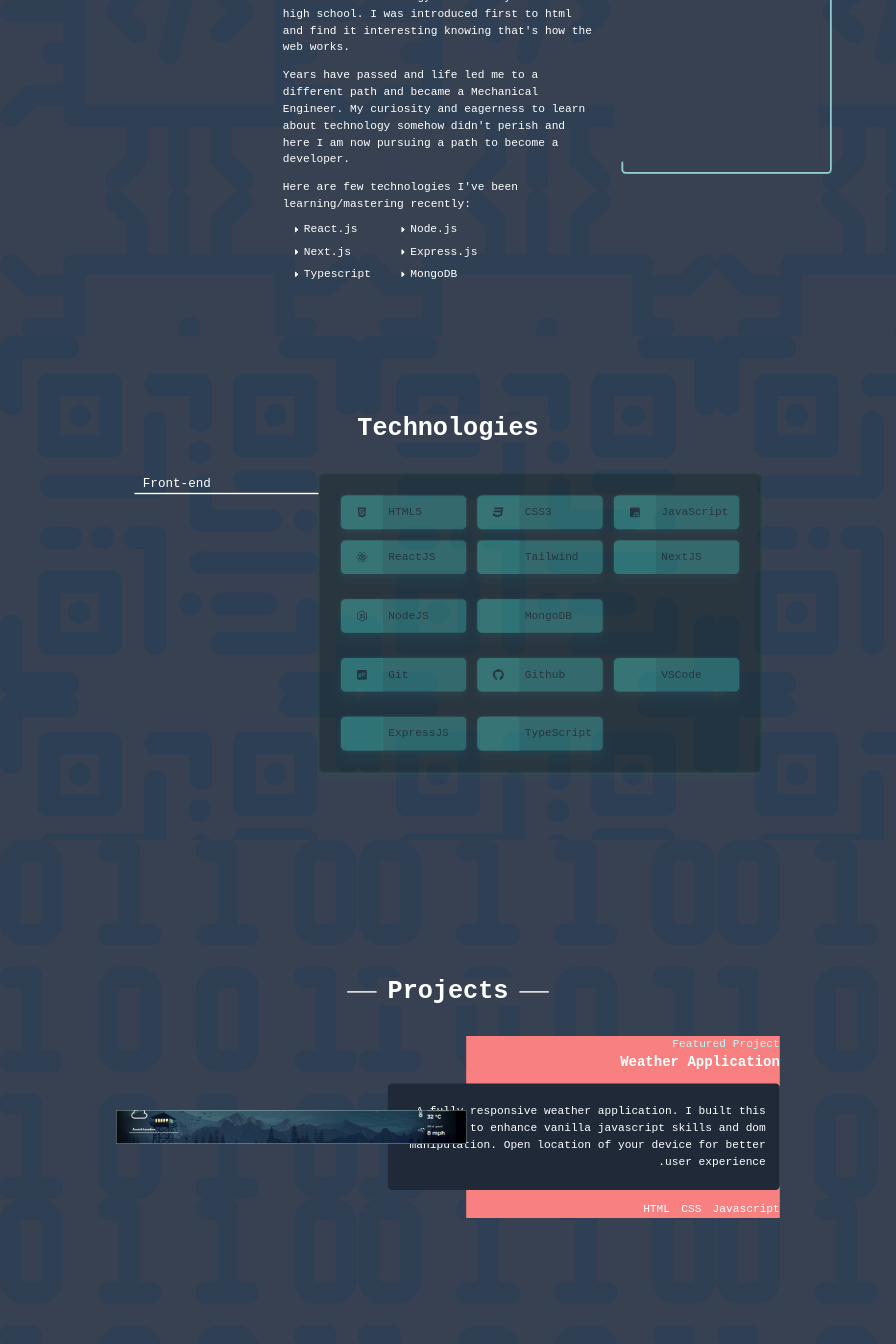
Repository: riandev25/nextjs-portfolio
Page: /
An editor plug-in stored every save of this project. The page is shown before and after the next save, followed by the edit.
The browser window is 1280 px wide. The pictures show the part of the page from y = 960 to 2880 px (the page is 2880 px tall), at 70% of full size.
Backgrounds fixed to the window are drawn as part of the page. The project was rebuilt for these pictures with package versions that can differ from the ones it lists, and the page was loaded fresh each time. The framework's server and built-in components were replaced by stand-ins that run in the browser. Also part of the build but not shown: next.config.js, components/Home/Keyboard/index.module.css, components/Home/Keyboard/index.jsx.

Above is the page before, as saved 2022-11-12 21:43:18.

### pages/_app.jsx
import Head from 'next/head';
import link from 'next/link';
import '../styles/globals.css';

import Layout from '../components/Layout';
import { ParallaxProvider } from 'react-scroll-parallax';

function MyApp({ Component, pageProps }) {
  return (
    <ParallaxProvider>
      <Head>
        <title>Rian Miguel Engracia</title>
        <meta name='viewport' content='initial-scale=1.0, width=device-width' />
        <link
          rel='apple-touch-icon'
          sizes='180x180'
          href='/apple-touch-icon.png'
        />
        <link
          rel='icon'
          type='image/png'
          sizes='32x32'
          href='/favicon-32x32.png'
        />
        <link
          rel='icon'
          type='image/png'
          sizes='16x16'
          href='/favicon-16x16.png'
        />
        <link rel='manifest' href='/site.webmanifest' />
        <link rel='mask-icon' href='/safari-pinned-tab.svg' color='#5bbad5' />
        <meta name='msapplication-TileColor' content='#2d89ef' />
        <meta name='theme-color' content='#ffffff' />
      </Head>
      <Layout>
        <Component {...pageProps} />
      </Layout>
    </ParallaxProvider>
  );
}

export default MyApp;

### pages/index.jsx
import Head from 'next/head';
import Image from 'next/image';
import Home from '../components/Home/Home';
import { Fragment } from 'react';
import Header from '../components/Header';
import About from '../components/About';
import Technologies from '../components/Technologies';
import Projects from '../components/Projects';

export default function Page() {
  return (
    <Fragment>
      <Header />
      <Home />
      <About />
      <Technologies />
      <Projects title='Projects' />
    </Fragment>
  );
}

### styles/globals.css
@tailwind base;
@tailwind components;
@tailwind utilities;

html,
body {
  padding: 0;
  margin: 0;
  /* font-family: 'Roboto', sans-serif; */
  font-family: monospace, sans-serif;
}

a {
  color: inherit;
  text-decoration: none;
}

* {
  box-sizing: border-box;
}

.image-filter {
  /* filter: invert(93%) sepia(19%) saturate(586%) hue-rotate(121deg)
    brightness(102%) contrast(97%); */
  filter: invert(93%) sepia(69%) saturate(347%) hue-rotate(120deg)
    brightness(104%) contrast(97%);
  opacity: 0.3;
  transition: filter 0.3s, opacity 0.3s;
}

.image-filter:hover {
  filter: none;
  opacity: 1;
}

@media (prefers-color-scheme: dark) {
  html {
    color-scheme: dark;
  }
  body {
    color: white;
    background: black;
  }
}

### components/Layout/index.jsx
import Header from '../Header';
import Email from '../Header/Email';

const Layout = ({ children }) => {
  return (
    <div className='relative w-full h-full bg-gray-700' dir='ltr'>
      <Header />
      <Email />
      {children}
    </div>
  );
};

export default Layout;

### components/Home/Home.jsx
import Link from 'next/link';
import Image from 'next/future/image';
import { useParallax } from 'react-scroll-parallax';
import styles from './index.module.css';
import DevImage from '../../assets/images/dev-image.svg';
import GithubImage from '../../assets/images/github-neon-fill.png';
import LinkedinImage from '../../assets/images/linkedin-neon-fill.png';
import FacebookImage from '../../assets/images/facebook-neon-fill.png';
import Keyboard from './Keyboard';
import { useState } from 'react';

export const images = [
  {
    id: 'github',
    imgSrc: GithubImage,
    link: 'https://github.com/riandev25',
  },
  {
    id: 'linkedin',
    imgSrc: LinkedinImage,
    link: 'https://www.linkedin.com/in/rian-miguel-engracia/',
  },
  {
    id: 'facebook',
    imgSrc: FacebookImage,
    link: 'https://web.facebook.com/rianmiguel.engracia',
  },
  {
    id: 'email',
    email: 'rianengracia@gmail.com',
  },
];

const nameArray = ['I', '&apos;', 'm', ' ', 'R', 'i', 'a', 'n'];
const jobArray = [
  'f',
  'u',
  'l',
  'l',
  ' ',
  's',
  't',
  'a',
  'c',
  'k',
  ' ',
  'd',
  'e',
  'v',
  'e',
  'l',
  'o',
  'p',
  'e',
  'r',
];

const Home = () => {
  const { ref } = useParallax({
    translateY: [-100, 30, 'easeInOut'],
  });
  const [keyboard, setKeyboard] = useState(true);
  return (
    <header className='flex justify-center items-center w-full h-screen px-20 bg-fixed bg-repeat bg-bg_gear_image'>
      <section ref={ref} className='w-4/12 space-y-4'>
        <div className='flex flex-col gap-2.5 place-items-start'>
          <h1 className={`text-xl font-thin text-white ${styles.typingLet}`}>
            Hi there!
          </h1>
          <h1 className='text-6xl font-bold animate-neon_text'>
            I&apos;m Rian Miguel
          </h1>
          <h1 className='text-xl text-white font-bold'>
            <span className='text-xl font-thin'>a</span> Full Stack Developer
          </h1>
        </div>
        <ul className='flex flex-row gap-4'>
          {images.map((item) => {
            if (item.id === 'email') return;
            return (
              <li
                className='block p-3 bg-gray-800 border rounded-lg border-[#b2fcfb] transition-all hover:scale-110'
                key={item.id}
              >
                <Link href={item.link} legacyBehavior>
                  <a className=''>
                    <Image
                      className=''
                      src={item.imgSrc}
                      alt={item.id}
                      width={20}
                      height={20}
                      sizes='5vw'
                    />
                  </a>
                </Link>
              </li>
            );
          })}
        </ul>
      </section>
      <section className='hidden lg:flex max-w-2xl h-full justify-center items-center'>
        <Image
          src={DevImage}
          alt='dev-image'
          width={500}
          height={500}
          sizes='(max-width: 768px) 50vw'
        />
        {/* <Keyboard /> */}
      </section>
    </header>
  );
};

export default Home;

### components/Header/index.jsx
import Logo from '../Logo';
import Navbar from './Navbar';
import { FontAwesomeIcon } from '@fortawesome/react-fontawesome';
import { faBars } from '@fortawesome/free-solid-svg-icons';

const Header = () => {
  return (
    <nav className='px-8 py-1 bg-gray-700 dark:bg-gray-900 fixed w-full z-50 top-0 left-0 border-b shadow-sm border-gray-700 md:px-20 md:py-3 dark:border-gray-600'>
      <div className='flex flex-row justify-between items-center w-full'>
        <section className=''>
          <Logo />
        </section>

        <div className='flex md:order-2'>
          <button
            type='button'
            className='hidden lg:flex bg-transparent text-[#b2fcfb] border border-[#b2fcfb] hover:bg-[#b2fcfb] hover:opacity-40 transition-all font-medium rounded-lg text-sm px-5 py-2.5 text-center mr-3 md:mr-0 dark:bg-blue-600 dark:hover:bg-blue-700 dark:focus:ring-blue-800'
          >
            Get started
          </button>
          <button
            data-collapse-toggle='navbar-sticky'
            type='button'
            className='cursor-pointer inline-flex items-center p-2 text-sm bg-white rounded-lg md:hidden hover:bg-gray-400 focus:outline-none focus:ring-2 focus:ring-gray-200 dark:text-gray-400 dark:hover:bg-gray-700 dark:focus:ring-gray-600'
            aria-controls='navbar-sticky'
            aria-expanded='false'
          >
            <span className='sr-only'>Open main menu</span>
            <FontAwesomeIcon icon={faBars} className='text-gray-800' />
          </button>
        </div>
        <Navbar />
      </div>
    </nav>
  );
};

export default Header;

### components/About/index.jsx
import Image from 'next/future/image';
import PageHeader from '../PageHeader';
import { FontAwesomeIcon } from '@fortawesome/react-fontawesome';
import { faCaretRight } from '@fortawesome/free-solid-svg-icons';
import ProgrammerImage from '../../assets/images/programmer.jpg';
import { useParallax } from 'react-scroll-parallax';

const technologies = [
  'React.js',
  'Node.js',
  'Next.js',
  'Express.js',
  'Typescript',
  'MongoDB',
];

const About = () => {
  return (
    <div className='pt-4 w-full h-screen flex flex-col gap-11 justify-center items-center text-white px-20 bg-bg_chip_image bg-fixed'>
      <PageHeader title='About me' />
      <div className='max-w-3xl flex flex-row gap-6'>
        <section className='max-w-md flex flex-col gap-4'>
          <p>
            Hi! I am Rian Miguel Engracia, a Registered Mechanical Engineer in
            the Philippines. My interest in technology started way back in high
            school. I was introduced first to html and find it interesting
            knowing that&apos;s how the web works.
          </p>
          <p>
            Years have passed and life led me to a different path and became a
            Mechanical Engineer. My curiosity and eagerness to learn about
            technology somehow didn&apos;t perish and here I am now pursuing a
            path to become a{' '}
            <span className='text-[neon-green] no-underline decoration-[neon-green] underline-offset-4 decoration-2 hover:underline'>
              developer
            </span>
            .
          </p>
          <div className='flex flex-col gap-3'>
            <p>
              Here are few technologies I&apos;ve been learning/mastering
              recently:
            </p>
            <ul className='grid grid-cols-3 gap-2'>
              {technologies.map((item, i) => {
                return (
                  <li
                    key={item}
                    className={`${(i + 1) % 2 === 0 ? 'col-span-2' : ''}
                    } flex justify-start items-center gap-2 pl-4`}
                  >
                    <FontAwesomeIcon icon={faCaretRight} className='w-1.5' />
                    <span className=''>{item}</span>
                  </li>
                );
              })}
            </ul>
          </div>
        </section>
        <section className='relative'>
          <div className='absolute z-20 w-[295px] h-[295px] bg-gray-700'></div>
          <Image
            className='relative z-30 rounded-md image-filter bg-[#b2fcfb] border-2 peer'
            src={ProgrammerImage}
            alt='developer'
            width={300}
            height={300}
            priority='false'
            sizes='(max-width: 768px) 100vw, 50vw'
          />
          <div className='absolute top-0 left-0 w-[300px] h-[300px] bg-transparent border-2 border-[#b2fcfb] transition-duration-300 delay-300 ease-in-out translate-x-3 translate-y-3 z-10 rounded-md peer-hover:translate-x-2 peer-hover:translate-y-2 '></div>
        </section>
      </div>
    </div>
  );
};

export default About;

### components/Projects/index.jsx
import Link from 'next/link';
import Image from 'next/future/image';
import PageHeader from '../PageHeader';
import WeatherImage from '../../assets/images/weather-app.png';
import { FontAwesomeIcon } from '@fortawesome/react-fontawesome';
import { faGithubAlt } from '@fortawesome/free-brands-svg-icons';
import { faSquareArrowUpRight } from '@fortawesome/free-solid-svg-icons';
import Links from './Links';

const TECH_WEATHER = ['HTML', 'CSS', 'Javascript'];
const WEATHER = [
  {
    id: 1,
    icon: faGithubAlt,
    link: 'https://riandev25.github.io/js-weather-app/dist/',
  },
  {
    id: 2,
    icon: faSquareArrowUpRight,
    link: 'https://riandev25.github.io/js-weather-app/dist/',
  },
];

const Projects = () => {
  return (
    <div className='pt-4 flex flex-col w-full h-screen gap-11 justify-center items-center text-white px-20 bg-bg_binary_image bg-fixed'>
      <PageHeader title='Projects' />
      <div className='flex flex-row justify-center items-center max-w-full '>
        <section className='relative w-[500px] h-12 bg-green-100 flex-1 flex'>
          <Image
            src={WeatherImage}
            alt='weather-app'
            fill
            className='object-cover'
          />
        </section>
        <section
          className='w-[28rem] overflow-visible bg-red-400 space-y-4'
          dir='rtl'
        >
          <div className='flex flex-col justify-end items-end' dir='ltr'>
            <h2 className='text-neon text-right'>Featured Project</h2>
            <h1 className='text-xl font-bold text-right'>
              Weather Application
            </h1>
          </div>
          <div className='w-[35rem] bg-gray-800 p-7 pr-5 rounded-md'>
            <p className='text-right'>
              A fully responsive weather application. I built this project to
              enhance vanilla javascript skills and dom manipulation. Open
              location of your device for better user experience.
            </p>
          </div>
          <ul
            className='flex flex-row justify-end items-center gap-4'
            dir='ltr'
          >
            {TECH_WEATHER.map((item) => {
              return <li key={item}>{item}</li>;
            })}
          </ul>
          <Links array={WEATHER} />
        </section>
      </div>
    </div>
  );
};

export default Projects;

### components/Header/Email.jsx
import Link from 'next/link';
import Image from 'next/image';
import { images } from '../Home/Home';

const Email = () => {
  return (
    <aside className='fixed bottom-64 right-0'>
      <div className='flex justify-center items-center relative rotate-90'>
        <Link href='' legacyBehavior>
          <a className='z-50 transition-all text-[#b2fcfb] bg-gray-700 px-2 hover:text-[#68fffc] hover:scale-110'>
            rianengracia@gmail.com
          </a>
        </Link>
        <div className='w-96 bg-[#b2fcfb] absolute top-1/2 left-0 h-px'></div>
      </div>
    </aside>
  );
};

export default Email;

### components/Home/index.module.css
.typingLet {
  width: 134px;
  animation: typing 2s steps(12), blink 0.5s step-end infinite alternate;
  white-space: nowrap;
  overflow: hidden;
  border-right: 3px solid;
  font-family: monospace;
  font-size: 2em;
}

@keyframes typing {
  from {
    width: 0;
  }
}

@keyframes blink {
  50% {
    border-color: transparent;
  }
}

### components/Logo/index.jsx
import Image from 'next/future/image';
import LogoImage from '../../assets/images/logo.svg';
import LogoDark from '../../assets/images/logo-dark.svg';
import LogoLight from '../../assets/images/logo-light.svg';
import {
  faAngleLeft,
  faGear,
  faforward,
} from '@fortawesome/free-solid-svg-icons';
import { FontAwesomeIcon } from '@fortawesome/react-fontawesome';

const Logo = () => {
  return (
    <div className='flex items-center relative'>
      <Image
        src={LogoImage}
        alt='logo'
        width={185}
        height={55}
        className='hidden md:flex'
        sizes='(max-width: 768px) 15vw'
      />
      {/* <Image
        src={LogoLight}
        alt='logo-light'
        width={50}
        height={50}
        className='flex md:hidden'
        sizes='(max-width: 768px) 15vw'
      /> */}
    </div>
  );
};

export default Logo;

### components/Header/Navbar.jsx
import Link from 'next/link';

const Navbar = () => {
  const data = [
    {
      id: 'Home',
    },
    {
      id: 'About',
    },
    {
      id: 'Technologies',
    },
    {
      id: 'Projects',
    },
  ];
  return (
    <div
      className='hidden absolute top-0 right-0 justify-between items-center w-full md:flex md:relative md:w-auto md:order-1'
      id='navbar-sticky'
    >
      <ul className='flex flex-col justify-center items-center flex-auto rounded-lg md:justify-between md:flex-row md:space-x-12 md:p-2 md:mt-0 md:text-sm md:font-medium md:border-0 dark:bg-gray-800 md:dark:bg-gray-900 dark:border-gray-700'>
        {data.map((item) => {
          return (
            <li key={item.id} className='relative group'>
              <Link href={item.id}>
                <a
                  className='block py-2 px-1 text-base font-extralight text-white dark:text-white'
                  // aria-current='page'
                >
                  {item.id}
                </a>
              </Link>

              <span className='z-50 absolute bottom-1.5 w-0 h-[1px] bg-white transition-all md:group-hover:w-full'></span>
            </li>
          );
        })}
      </ul>
    </div>
  );
};

export default Navbar;

### components/PageHeader/index.jsx
const PageHeader = ({ title }) => {
  return (
    <div className='relative overflow-visible flex justify-center items-center'>
      <h1 className='relative z-10 w-full text-4xl font-bold flex flex-start bg-gray-700 px-4 animate-neon_text'>
        {title}
      </h1>
      <span className='absolute top-1/2 w-72 h-0.5 bg-white animated-neon_bg'></span>
    </div>
  );
};

export default PageHeader;

### components/Projects/Links.jsx
import Link from 'next/link';
import { FontAwesomeIcon } from '@fortawesome/react-fontawesome';

const Links = ({ array }) => {
  array.map((item) => {
    return (
      <ul key={item.id} className='flex flex-row'>
        <li>
          <Link href={item.link} passHref>
            <a>
              <FontAwesomeIcon icon={item.icon} className='text-white w-3' />
            </a>
          </Link>
        </li>
      </ul>
    );
  });
};

export default Links;

// 'https://riandev25.github.io/js-weather-app/dist/'

Loaded but not shown: tailwind.config.js (60 lines, source omitted); pages/_document.js (24 lines, source omitted); components/Technologies/index.jsx (206 lines, source omitted)

After the next save:
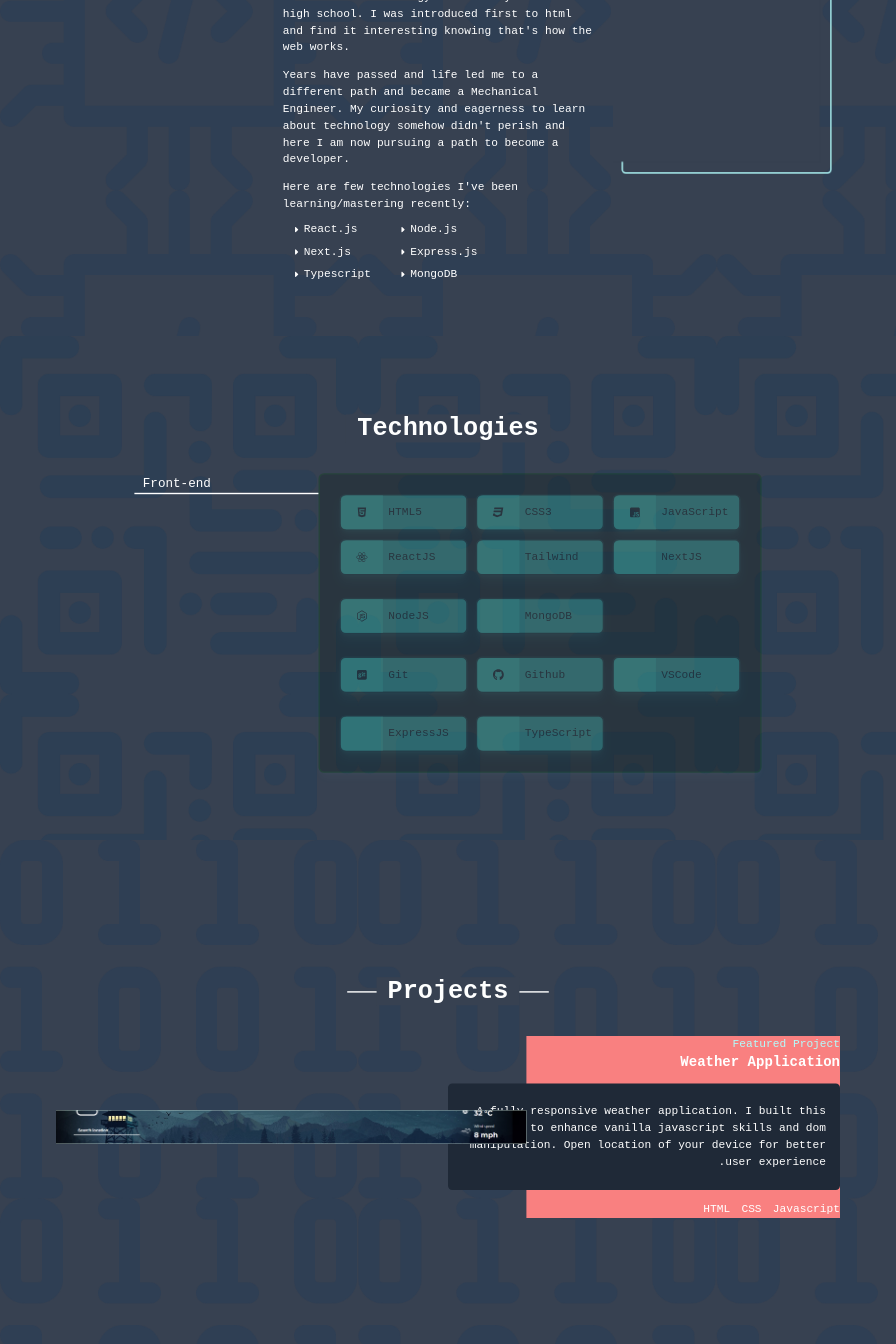
Saved 25 s later.
--- a/components/Projects/index.jsx
+++ b/components/Projects/index.jsx
@@ -26,7 +26,7 @@ const Projects = () => {
     <div className='pt-4 flex flex-col w-full h-screen gap-11 justify-center items-center text-white px-20 bg-bg_binary_image bg-fixed'>
       <PageHeader title='Projects' />
       <div className='flex flex-row justify-center items-center max-w-full '>
-        <section className='relative w-[500px] h-12 bg-green-100 flex-1 flex'>
+        <section className='relative w-[60%] h-12 bg-green-100 flex-1 flex'>
           <Image
             src={WeatherImage}
             alt='weather-app'
